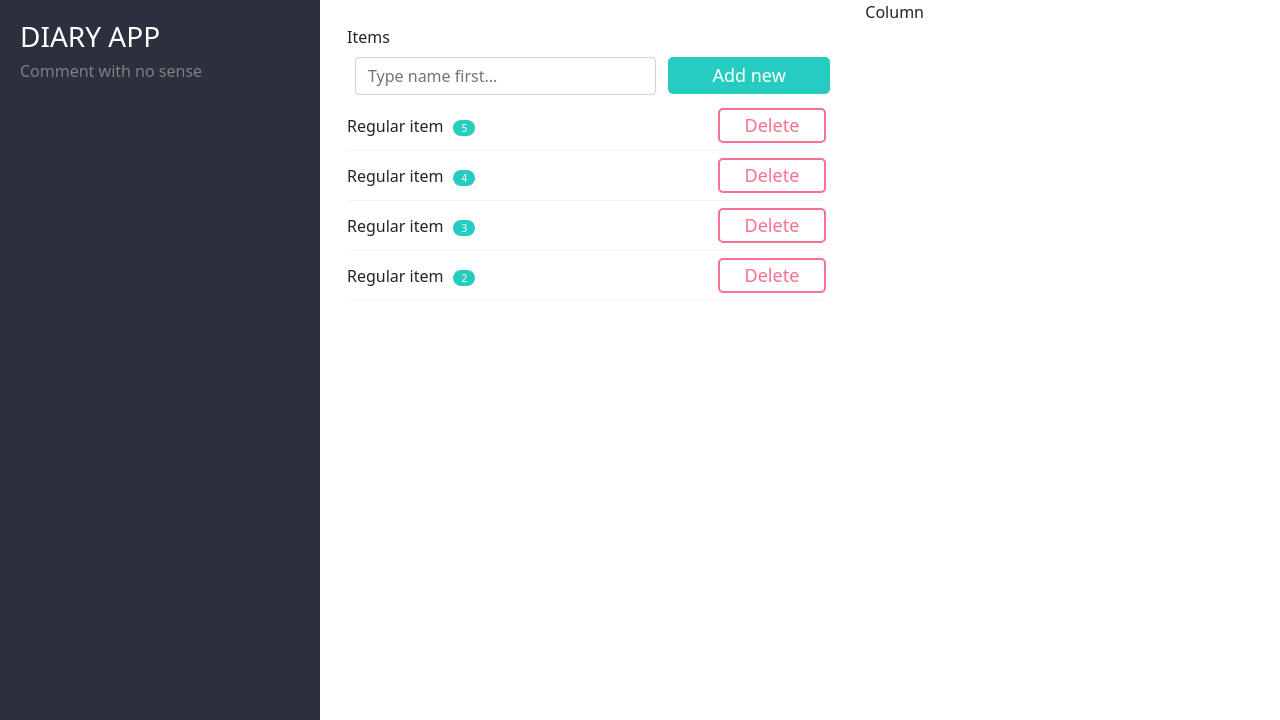
Repository: tsydikov/diary
Page: /
An editor plug-in stored every save of this project. The page is shown before and after the next save, followed by the edit.
The browser window is 1280 px wide. The pictures show the whole page.
The project was rebuilt for these pictures with package versions that can differ from the ones it lists, and the page was loaded fresh each time.

Above is the page before, as saved 2021-09-10 21:28:43.

After the next save:
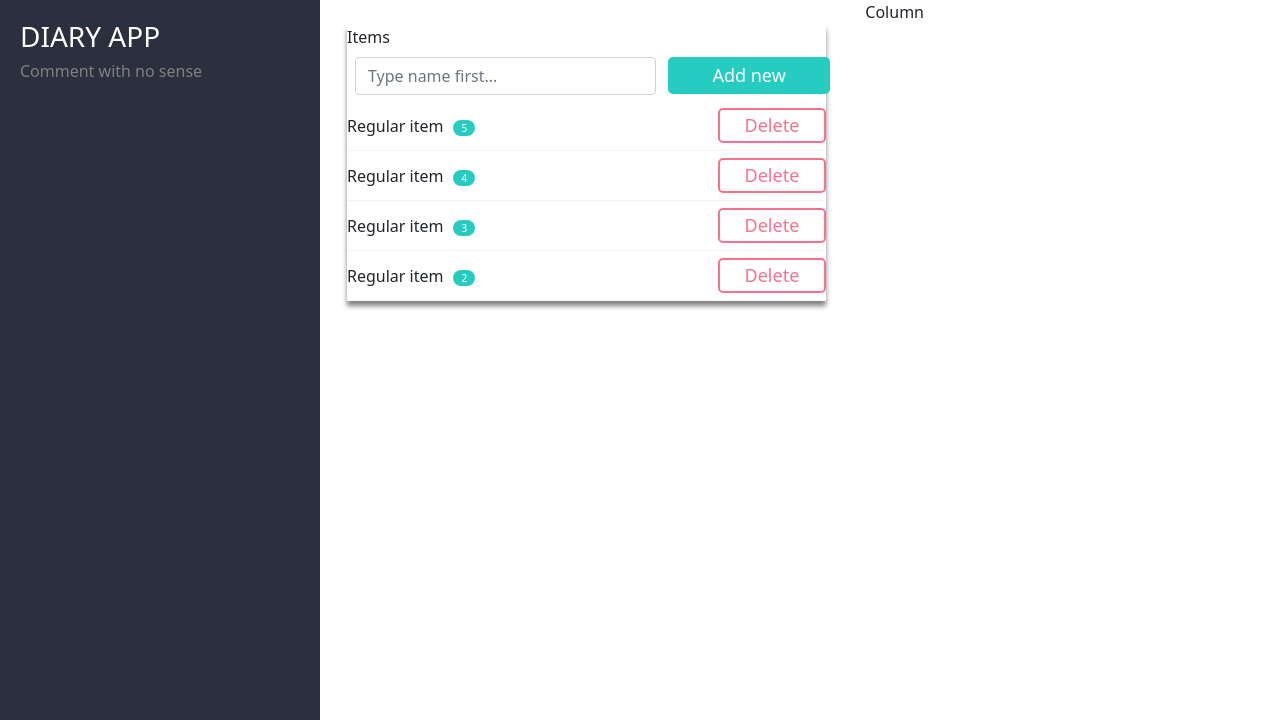
Saved 5 s later.
--- a/src/styles/App.css
+++ b/src/styles/App.css
@@ -33,7 +33,7 @@ hr {
 }
 
 .items_cotainer {
-    box-shadow: 0 5x 5px grey;
+    box-shadow: 0 5px 5px grey;
     margin: 15px;
     margin-top: 25px;
 }
